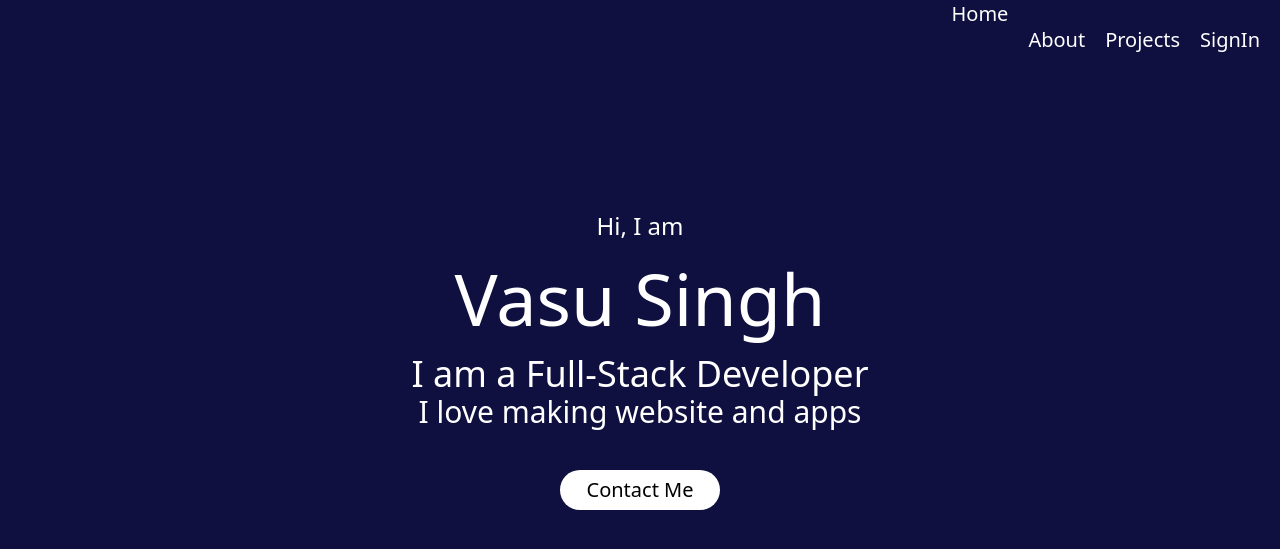
Repository: vasucp1207/vasuDev
Page: /
An editor plug-in stored every save of this project. The page is shown before and after the next save, followed by the edit.
The browser window is 1280 px wide. The pictures show the whole page.
The project was rebuilt for these pictures with package versions that can differ from the ones it lists, and the page was loaded fresh each time. The framework's server and built-in components were replaced by stand-ins that run in the browser. Also part of the build but not shown: next.config.js.

Above is the page before, as saved 2022-07-17 23:30:05.

### pages/index.tsx
import type { NextPage } from 'next'
import Head from 'next/head'
import Hero from './Hero'
import Navbar from './Navbar'

const Home: NextPage = () => {
  return (
    <div className="p-0 m-0 bg-darkB text-white">
      <Head>
        <title>Create Next App</title>
      </Head>

      <Navbar />
      <Hero />
    </div>
  )
}

export default Home

### pages/Hero.tsx
import React from 'react'

function Hero() {
  return (
    <div className='h-screen bg-darkB'>
        <div className='text-white flex flex-col justify-center items-center h-screen'>
            <p className='text-2xl'>Hi, I am</p>
            <h1 className='mt-5 text-7xl'>Vasu Singh</h1>
            <h3 className='mt-5 text-4xl'>I am a Full-Stack Developer</h3>
            <h4 className='text-3xl'>I love making website and apps</h4>
            <button className='hover:text-white transition-all 200 hover:bg-green-400 mt-10 bg-white text-black h-10 w-40 outline-none rounded-full text-xl'>Contact Me</button>
        </div>
    </div>
  )
}

export default Hero

### pages/Navbar.tsx
import React from 'react'

function Navbar() {
  return (
    <div className='h-20 w-screen absolute bg-transparent flex justify-end items-center'>
        <div className='h-full flex space-x-5 text-xl font-normal mr-5 items-center'>
            <p className='h-full hover:bg-gray-100 cursor-pointer'>Home</p>
            <p className='hover:bg-gray-100 cursor-pointer'>About</p>
            <p className='hover:bg-gray-100 cursor-pointer'>Projects</p>
            <p className='hover:bg-gray-100 cursor-pointer'>SignIn</p>
        </div>
    </div>
  )
}

export default Navbar

### tailwind.config.js
/** @type {import('tailwindcss').Config} */
module.exports = {
  content: [
    './pages/**/*.{js,ts,jsx,tsx}',
    './components/**/*.{js,ts,jsx,tsx}',
  ],
  theme: {
    extend: {
      colors: {
        darkB: 'rgba(15, 16, 63, 1)'
      }
    },
  },
  plugins: [],
}

Loaded but not shown: pages/_app.tsx (common file); styles/globals.css (common file)

After the next save:
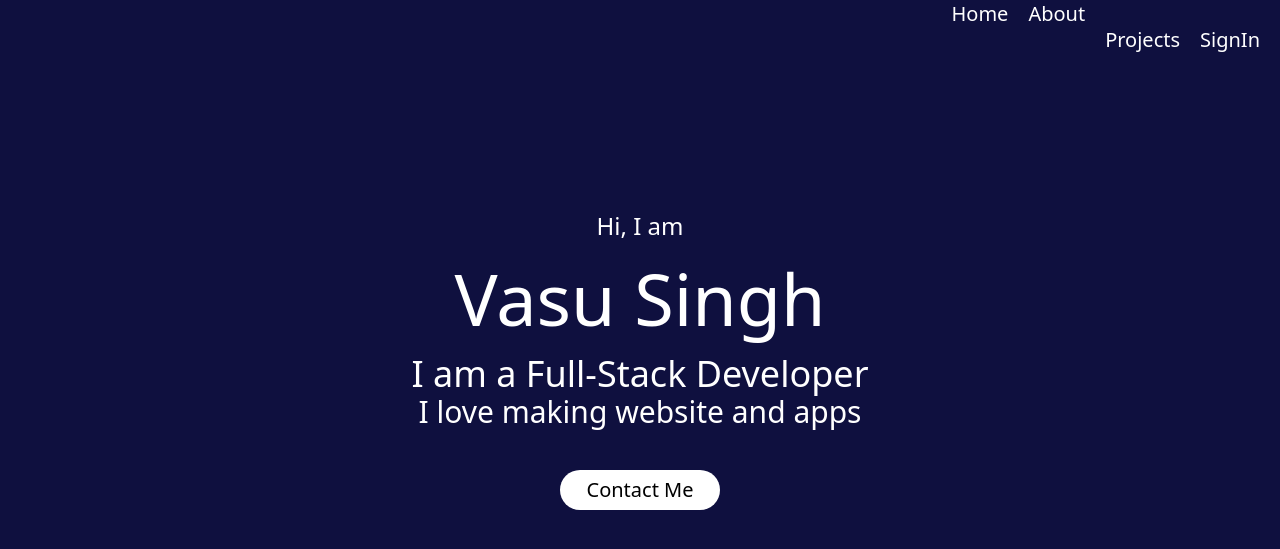
Saved 5 s later.
--- a/pages/Navbar.tsx
+++ b/pages/Navbar.tsx
@@ -5,7 +5,7 @@ function Navbar() {
     <div className='h-20 w-screen absolute bg-transparent flex justify-end items-center'>
         <div className='h-full flex space-x-5 text-xl font-normal mr-5 items-center'>
             <p className='h-full hover:bg-gray-100 cursor-pointer'>Home</p>
-            <p className='hover:bg-gray-100 cursor-pointer'>About</p>
+            <p className='h-full hover:bg-gray-100 cursor-pointer'>About</p>
             <p className='hover:bg-gray-100 cursor-pointer'>Projects</p>
             <p className='hover:bg-gray-100 cursor-pointer'>SignIn</p>
         </div>
